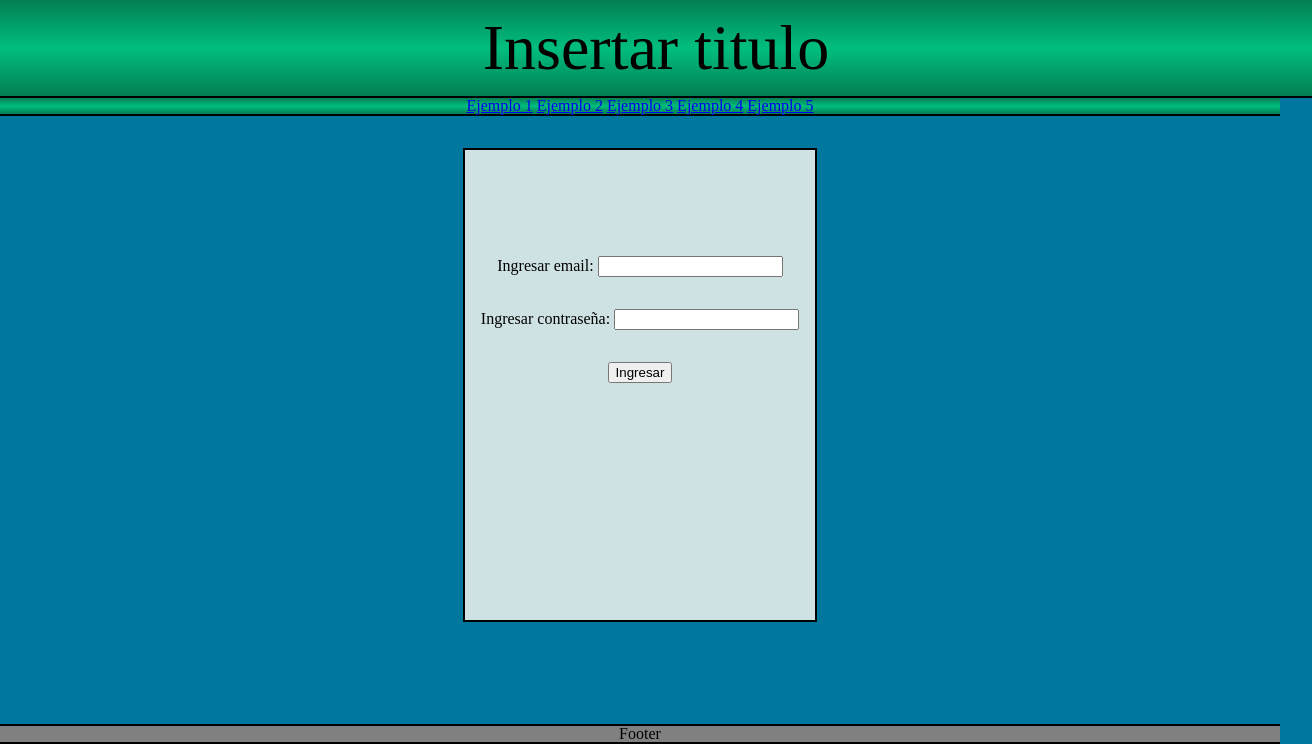
Repository: FacundoKinderknecht/Parcial-2-LPPA
Page: login/login.html
An editor plug-in stored every save of this project. The page is shown before and after the next save, followed by the edit.
The browser window is 1280 px wide. The page is 1312 px wide, so the pictures cover 1312 px, including what lies to the right of the window. The pictures show the whole page.

Above is the page before, as saved 2022-07-06 10:35:02.

### login/login.html
<!DOCTYPE html>
<html lang="en">
<head>
    <meta charset="UTF-8">
    <meta http-equiv="X-UA-Compatible" content="IE=edge">
    <meta name="viewport" content="width=device-width, initial-scale=1.0">
    <title>Document</title>
    <link rel="stylesheet" href="/reset.css">
    <link rel="stylesheet" href="/login/login.css">
    <script src="/login/login.js"></script>
</head>
<body>
    <header>
        <h1>Insertar titulo</h1>
    </header>
    <nav>
        <li>
            <a href="#">Ejemplo 1</a>
            <a href="#">Ejemplo 2</a>
            <a href="#">Ejemplo 3</a>
            <a href="#">Ejemplo 4</a>
            <a href="#">Ejemplo 5</a>
        </li>
    </nav>
    <main>
        <form>
            <div class="email">
                <label for="email">Ingresar email:</label>
                <input type="text" name="email" id="email">
            </div>
            <div class="contraseña">
                <label for="contraseña">Ingresar contraseña:</label>
                <input type="password" name="contraseña" id="contraseña">
            </div>
            <div class="boton">
                <input type="submit" value="Ingresar">
            </div>
        </form>
    </main>
    <footer>
        <p>Footer</p>
    </footer>
</body>
</html>

### login/login.css
header{
    width: 100%;
    border-bottom: black 2px solid;
    padding: 1rem;
    font-size: 400%;
    background: linear-gradient(to top, rgb(4, 126, 83), rgb(0, 190, 126), rgb(4, 126, 83));
}
nav{
    background: linear-gradient(to top, rgb(4, 126, 83), rgb(0, 190, 126), rgb(4, 126, 83));
    display: block;
    border-bottom: black 2px solid;
    text-decoration: none;
}
li{
    text-decoration: none;
    list-style: none;
    color: black;
}
body{
    background-color: rgb(0, 119, 159);
    height: 100%;
    align-items: center;
    text-align: center;
    margin: 0;
}
main{
    display: inline-block;
    width: 70%;
    padding: 2rem;
    height: 34rem;
}
form{
    display: inline-block;
    background-color: rgb(207, 226, 227);  border: black solid 2px;
    padding-top: 10%;
    height: 70%;
    align-items: center;
    text-align: center;
}
div{
    align-items:center;
    padding: 1rem;
}
footer{
    border-top: 2px solid black;
    border-bottom: 2px solid black;
    background-color: grey;
    bottom: 0;
    width: 100%;
}

Loaded but not shown: reset.css (common file); login/login.js (no stored copy; drawn as an empty file)

After the next save:
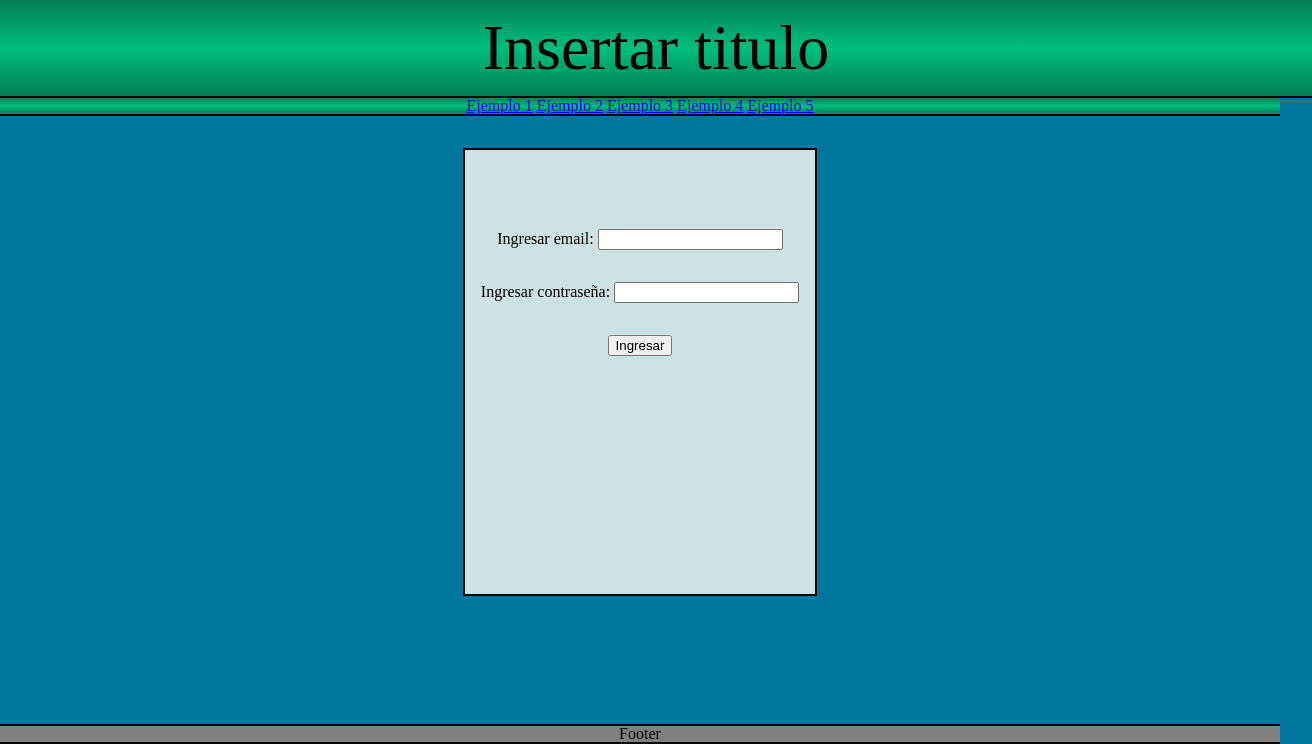
Saved 7 s later.
--- a/login/login.css
+++ b/login/login.css
@@ -32,7 +32,7 @@ main{
 form{
     display: inline-block;
     background-color: rgb(207, 226, 227);  border: black solid 2px;
-    padding-top: 10%;
+    padding-top: 7%;
     height: 70%;
     align-items: center;
     text-align: center;
